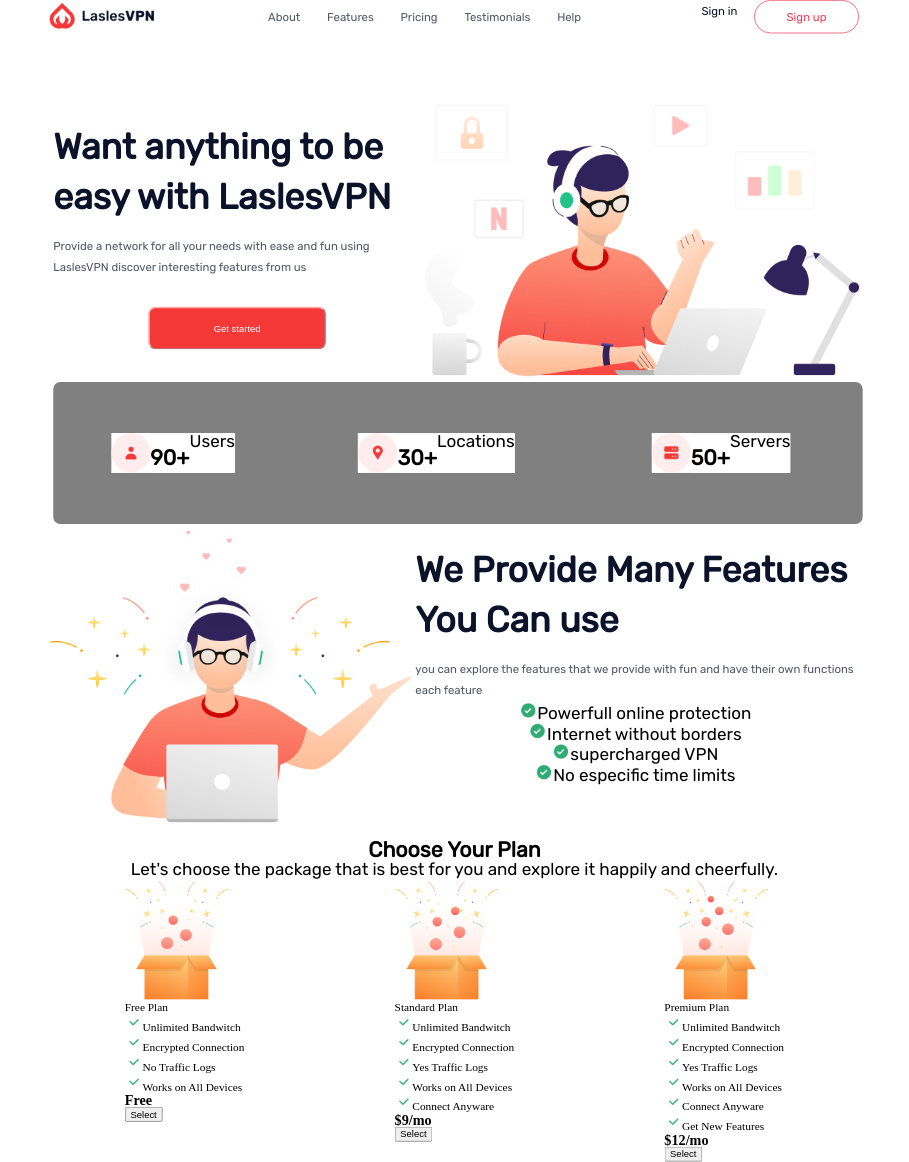
Repository: RaphaelMatheus-br/LP-251123
Page: index.html
The author's editor kept a copy of each file at every save. The page is drawn from the files as they stood at one save, then again after the next save.
The browser window is 1280 px wide. The pictures show the whole page, at 71% of full size.

Above is the page before, as saved 2023-11-25 16:47:52.

### index.html
<!DOCTYPE html>
<html lang="en">

<head>
    <meta charset="UTF-8">
    <meta name="viewport" content="width=device-width, initial-scale=1.0">
    <title>Document</title>
    <link rel="stylesheet" href="style.css">
    <link rel="preconnect" href="https://fonts.googleapis.com">
<link rel="preconnect" href="https://fonts.gstatic.com" crossorigin>
<link href="https://fonts.googleapis.com/css2?family=Rubik&display=swap" rel="stylesheet">
</head>

<body>

<section class="container">
    <header class="header">
        <div class="logo">
            <img src="./imagens/Logo.png" alt="logo">
        </div>
        <div class="item1">
            <a href="#" class="item">About</a>
	        <a href="#" class="item">Features</a>
	        <a href="#" class="item">Pricing</a>
            <a href="#" class="item">Testimonials</a>
            <a href="#" class="item">Help</a>
        </div>
        <div class="item2">
            <div class="head__botao">
                <button class="botao1">Sign in</a>
            </div>
            <div class="head__botao--2">
                <button class="botao2">Sign up</a>
            </div>
        </div>
    </header>
</section>

<section class="container flex">
    <div class="box1">
        <div class="item">
            <h1 class="sobre__titulo">Want anything to be easy with LaslesVPN</h1>
            <p class="sobre__descricao">Provide a network for all your needs with ease and fun using LaslesVPN discover interesting features from us</p>
            <button class="sobre__botao">Get started</button>
        </div>
        <div class="img">
            <img src="./imagens/Illustration 1.png" alt="ilutracao__1">
        </div>
    </div>
</section>

<section class="container">
    <div class="item">
        <div class="rectangle">
            <div class="icons">
                <div class="user">
                    <img src="./imagens/user.png" alt="user__img">
                    <h1 class="sobre__user">90+</h1>
                    <p class="p__user">Users</p>
                </div>
                <div class="location">
                    <img src="./imagens/location.png" alt="location">
                    <h1 class="sobre__location">30+</h1>
                    <p class="p__location">Locations</p>
                </div>
                <div class="server">
                    <img src="./imagens/Server.png" alt="server">
                    <h1 class="sobre__server">50+</h1>
                    <p class="p__server">Servers</p>
                </div>
            </div>
        </div>
    </div>
</section>

<section class="container flex">
    <div class="box2">
            <div class="img">
                <img src="./imagens/Illustration 2.png" alt="ilutracao__2">
            </div>

            <div class="item">
                <h1 class="sobre__titulo">We Provide Many Features You Can use</h1>
                <p class="sobre__descricao">you can explore the features that we provide with fun and have their own functions each feature</p>
                <ul class="list">
                    <li><img src="./imagens/check.png" alt="check">Powerfull online protection</img></li>
                    <li><img src="./imagens/check.png" alt="check">Internet without borders</img></li>
                    <li><img src="./imagens/check.png" alt="check">supercharged VPN</img></li>
                    <li><img src="./imagens/check.png" alt="check">No especific time limits</img></li>
                </ul>
            </div>
    </div>
</section>

<section class="container flex" class="sessao__tres">
    <div class="item">
        <div class="choose__plan">
            <h1>Choose Your Plan</h1>
            <p>Let's choose the package that is best for you and explore it happily and cheerfully.</p>
        </div>
    </div>
</section>

<section class="container">
    <div class="box3">
                <div class="free plan">
                    <img src="./imagens/Free.png" alt="free">
                    <h3>Free Plan</h3>
                    <ul>
                        <li><img src="./imagens/jam_check.png">Unlimited Bandwitch</li>
                        <li><img src="./imagens/jam_check.png">Encrypted Connection</li>
                        <li><img src="./imagens/jam_check.png">No Traffic Logs</li>
                        <li><img src="./imagens/jam_check.png">Works on All Devices</li>
                    </ul>
                    <h2>Free</h2>
                    <button class="price__botao">Select</button>
                </div>

                <div class="Standard plan">
                    <img src="./imagens/Standard.png" alt="standard">
                    <h3>Standard Plan</h3>
                    <ul>
                        <li><img src="./imagens/jam_check.png">Unlimited Bandwitch</li>
                        <li><img src="./imagens/jam_check.png">Encrypted Connection</li>
                        <li><img src="./imagens/jam_check.png">Yes Traffic Logs</li>
                        <li><img src="./imagens/jam_check.png">Works on All Devices</li>
                        <li><img src="./imagens/jam_check.png">Connect Anyware</li>
                    </ul>
                    <h2>$9/mo</h2>
                    <button class="price__botao">Select</button>
                </div>

                <div class="Premium plan">
                    <img src="./imagens/Premium.png" alt="premium">
                    <h3>Premium Plan</h3>
                    <ul>
                        <li><img src="./imagens/jam_check.png">Unlimited Bandwitch</li>
                        <li><img src="./imagens/jam_check.png">Encrypted Connection</li>
                        <li><img src="./imagens/jam_check.png">Yes Traffic Logs</li>
                        <li><img src="./imagens/jam_check.png">Works on All Devices</li>
                        <li><img src="./imagens/jam_check.png">Connect Anyware</li>
                        <li><img src="./imagens/jam_check.png">Get New Features</li>
                    </ul>
                    <h2>$12/mo</h2>
                    <button class="price__botao">Select</button>
                </div>
    </div>
</section>

</body>
</html>

### style.css
html, body, div, span, applet, object, iframe,
h1, h2, h3, h4, h5, h6, p, blockquote, pre,
a, abbr, acronym, address, big, cite, code,
del, dfn, em, img, ins, kbd, q, s, samp,
small, strike, strong, sub, sup, tt, var,
b, u, i, center,
dl, dt, dd, ol, ul, li,
fieldset, form, label, legend,
table, caption, tbody, tfoot, thead, tr, th, td,
article, aside, canvas, details, embed,
figure, figcaption, footer, header, hgroup,
menu, nav, output, ruby, section, summary,
time, mark, audio, video {
	margin: 0;
	padding: 0;
	border: 0;
	font-size: 100%;
	font: inherit;
	vertical-align: baseline;
    background: white;
}
/* HTML5 display-role reset for older browsers */
article, aside, details, figcaption, figure,
footer, header, hgroup, menu, nav, section {
	display: block;
}
body {
	line-height: 1;
}

ol, ul {
	list-style: none;
}
blockquote, q {
	quotes: none;
}
blockquote:before, blockquote:after,
q:before, q:after {
	content: '';
	content: none;
}
table {
	border-collapse: collapse;
	border-spacing: 0;
}

.container {
    max-width: 1140px;
    margin: 0 auto;
    position: relative;
}

.header {
    display: flex;
    justify-content: space-between;
    align-items: center;
    width: 100%;
}
/* Flex Item */
.item {
	margin: 5px;
	text-align: center;
	font-size: 1.5em;
    font-family: Rubik;
}

.item1 {
    display:flex;
    align-items: center;
    justify-content: space-between;
    max-width: 451px;
    width: 100%;
}

.item1 a{
    color: #4F5665;
    font-family: Rubik;
    font-size: 16px;
    font-style: normal;
    font-weight: 400;
    line-height: normal;
    text-decoration: none;
}

.item2 {
display: flex;
justify-content: space-between;
max-width: 233px;
width: 100%;
}

.botao1 {
    color: #0B132A;
    font-family: Rubik;
    font-size: 16px;
    font-style: normal;
    font-weight: 500;
    line-height: normal;
    background-color: transparent;
    border: none;
}

.botao2{
    color: #F53855;
    font-family: Rubik;
    font-size: 16px;
    font-style: normal;
    font-weight: 500;
    line-height: normal;
    padding: 13px 45px;
    border-radius: 50px;
    border: 1px solid #F53855;
    background-color: transparent;
}

.head__botao {
    margin: 5px;
	text-align: center;
	font-size: 0.8em;
    font-weight: 700;
}

.head__botao a {
    color: #4F5665;
    font-family: Rubik;
    font-size: 16px;
    font-style: normal;
    font-weight: 400;
    line-height: normal;
    text-decoration: none;
}

h1 {
	text-align: center;
	margin: 20px 0 0 0;
	font-size: 1.25em;
	font-weight: 700;
}

.box1 {
    display: flex;
    margin-top: 100px;
}

.box2 {
    display: flex;
}

.box3 {
    display: flex;
}
.sobre__titulo {
    font-weight: 700;
    color: #0B132A;
    font-family: Rubik;
    font-size: 50px;
    font-style: normal;
    font-weight: 700;
    line-height: 70px;
    text-align: left;
}

.sobre__descricao {
    color: #4F5665;
    font-family: Rubik;
    font-size: 16px;
    font-style: normal;
    font-weight: 400;
    line-height: 30px; /* 187.5% */
    text-align: left;
    margin-top: 20px;
}

.sobre__botao {
width: 250px;
height: 60px;
flex-shrink: 0;
border-radius: 10px;
border-color: rgba(255, 193, 193, 0.842);
background: #F53838;
color: white;
margin-top: 40px;
}

.rectangle {
width: 1140px;
height: 200px;
flex-shrink: 0;
border-radius: 10px;
background: gray;
border-color: white;
}

.icons {
width: 100%;
height: 100%;
flex-shrink: 0;
display: flex;
align-items: center;
position: absolute;
max-width: 100%;
justify-content: space-around;
background-color: transparent;
}

.user {
display: flex;
}

h2 {
    margin: 0;
    font-size: 1.25em;
	font-weight: 700;
}

.location {
display: flex;;
margin-right: 20px;
margin-left: 10px;
}

.server {
display: flex;;
margin-right: 20px;
margin-left: 10px;
}


.sessao__tres{
    background-color: grey;
    align-content: center;
    padding-top: 50px;
}

.box3 {
    display: flex;
    width: 100%;
    justify-content: space-around;
}

After the next save:
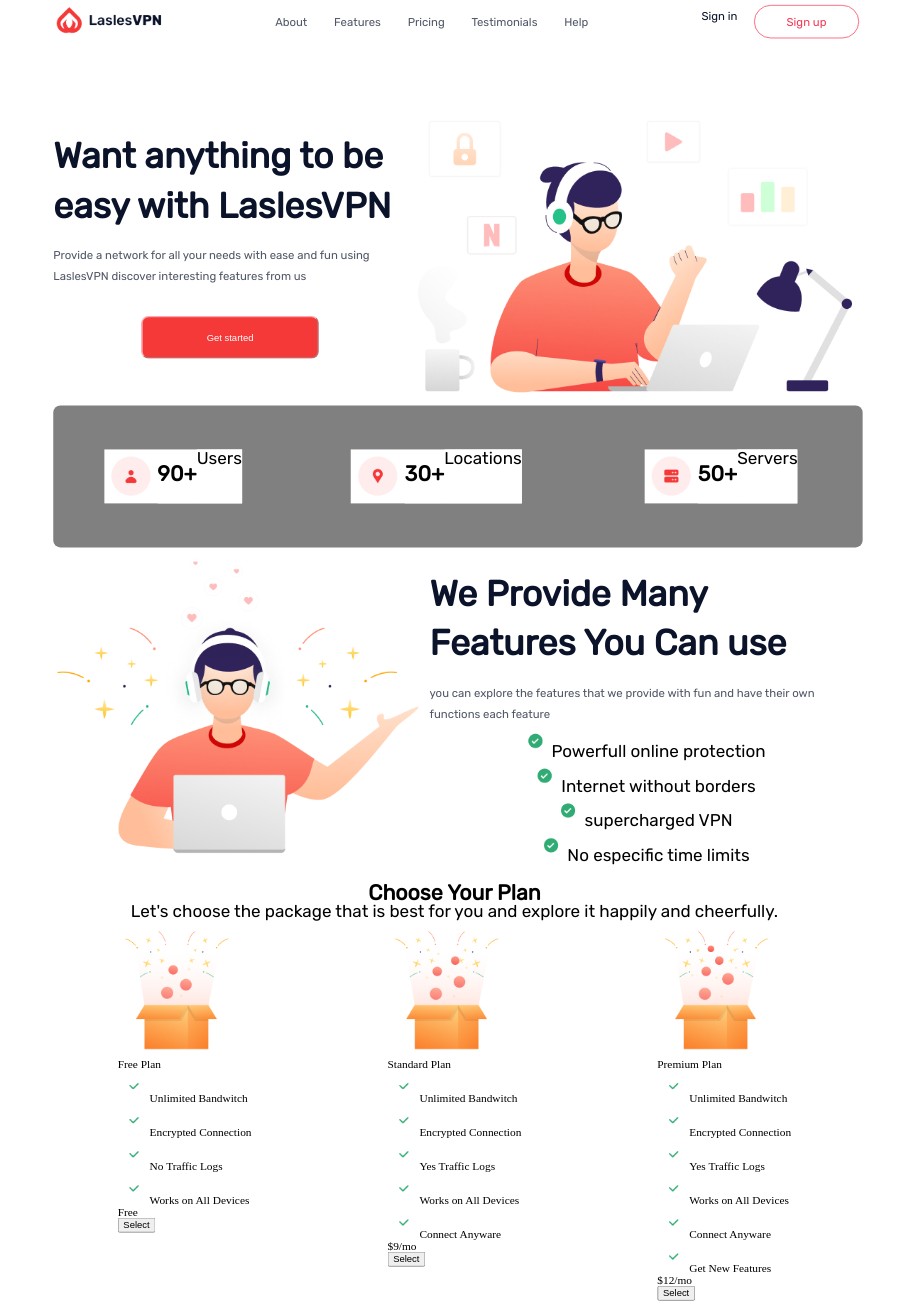
Saved 6 min 50 s later.
--- a/style.css
+++ b/style.css
@@ -203,14 +203,12 @@
 background-color: transparent;
 }
 
+img {
+    margin: 10px
+}
+
 .user {
 display: flex;
-}
-
-h2 {
-    margin: 0;
-    font-size: 1.25em;
-	font-weight: 700;
 }
 
 .location {
